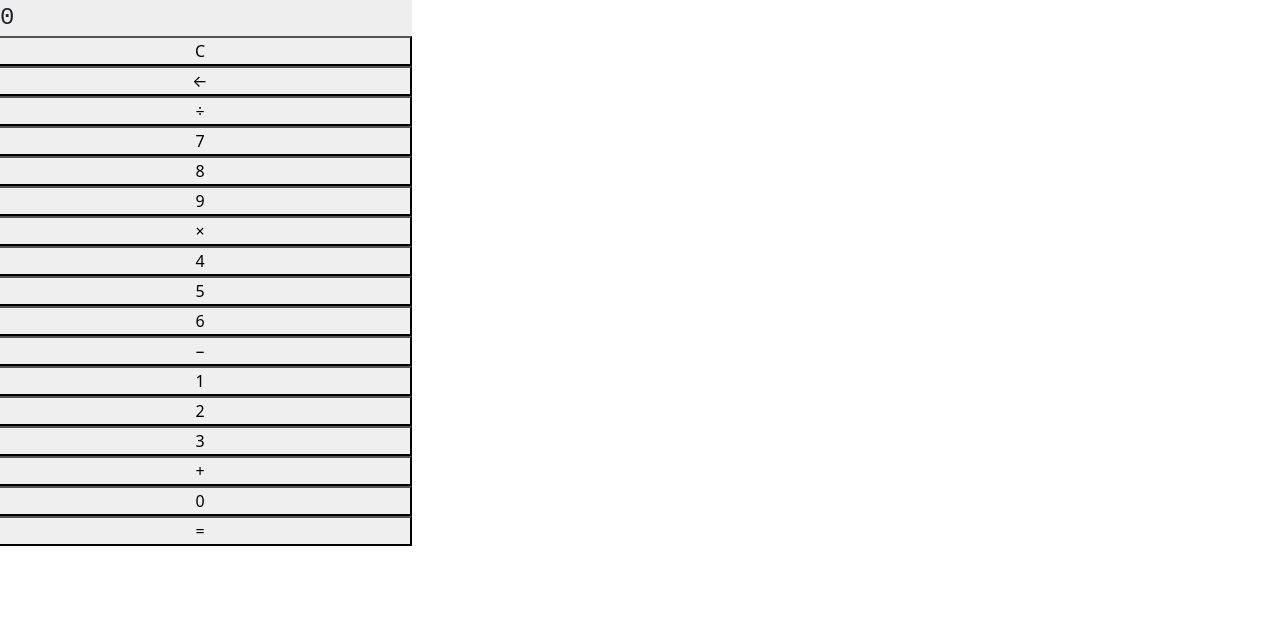
Repository: jgramirez0210/LAB-calculator
Page: index.html
An editor plug-in stored every save of this project. The page is shown before and after the next save, followed by the edit.
The browser window is 1280 px wide. The pictures show the whole page.

Above is the page before, as saved 2023-10-10 20:46:26.

### index.html
<!DOCTYPE html>
<html lang="en">
<head>
  <meta charset="UTF-8">
  <meta name="viewport" content="width=device-width, initial-scale=1.0">
  <title>Calculator</title>
  <link href="https://cdn.jsdelivr.net/npm/bootstrap@5.3.2/dist/css/bootstrap.min.css" rel="stylesheet" integrity="sha384-T3c6CoIi6uLrA9TneNEoa7RxnatzjcDSCmG1MXxSR1GAsXEV/Dwwykc2MPK8M2HN" crossorigin="anonymous">
  <link rel="stylesheet" href="main.css">
</head>
<body>
  <div class="calculator-wrapper">
    <div class="row">
    <div id="display">0</div>
    <button id="clear-btn">C</button>
    <button id="back-btn">←</button>
    <button id="divide-btn">÷</button>
  </div>
  <div class="row">
    <button id="7">7</button>
    <button id="8">8</button>
    <button id="9">9</button>
    <button id="multiply">×</button>
  </div>
  <div class="row">
    <button id="4">4</button>
    <button id="5">5</button>
    <button id="6">6</button>
    <button id="minus">−</button>
  </div>
  <div class="row">
    <button id="1">1</button>
    <button id="2">2</button>
    <button id="3">3</button>
    <button id="add">+</button>
  </div>
  <div class="row">
    <button id="0">0</button>
    <button id="=">=</button>
  </div>
  </div>
  <script src="https://cdn.jsdelivr.net/npm/bootstrap@5.3.2/dist/js/bootstrap.bundle.min.js" integrity="sha384-C6RzsynM9kWDrMNeT87bh95OGNyZPhcTNXj1NW7RuBCsyN/o0jlpcV8Qyq46cDfL" crossorigin="anonymous"></script>
  <script src="main.js"></script>
</body>
</html>

### main.css
.calculator-wrapper {
  width: 400px;
  background-color: #000000;
  padding
}

#button {
  padding: 20px;
  background-color: #f2f2f2;
  border: 1px solid #ccc;
  text-align: center;
}

#display {
  grid-column: span 4; /* This will make the display span all 4 columns */
  background-color: #eee;
  font-size: 1.5em;
  font-family: monospace;
}

### main.js
console.log("testeroo")

After the next save:
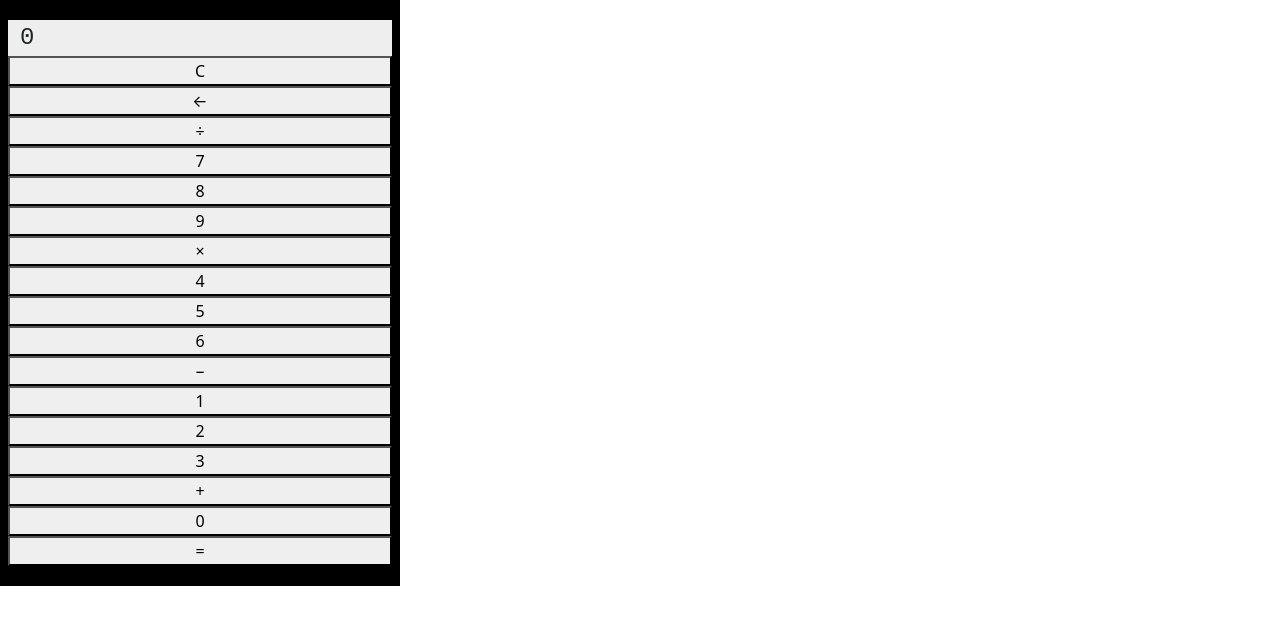
Saved 6 s later.
--- a/main.css
+++ b/main.css
@@ -1,7 +1,8 @@
 .calculator-wrapper {
   width: 400px;
   background-color: #000000;
-  padding
+  padding: 20px;
+  border
 }
 
 #button {
